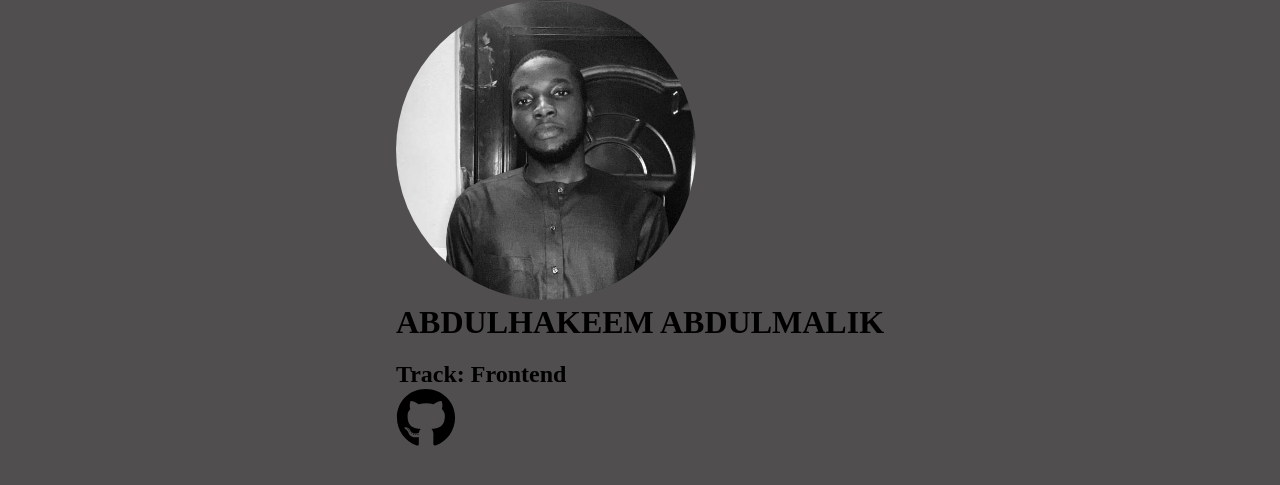
Repository: malikhakeem/HNG-TASK
Page: HNG-TASK1.html
An editor plug-in stored every save of this project. The page is shown before and after the next save, followed by the edit.
The browser window is 1280 px wide. The pictures show the whole page.

Above is the page before, as saved 2023-09-08 22:00:07.

### HNG-TASK1.html
<!DOCTYPE html>
<html lang="en">

<head>
    <meta charset="UTF-8">
    <meta name="viewport" content="width=device-width, initial-scale=1.0">

    <link rel="stylesheet" href="./HNG-TASK!.css">
    <title>HNG</title>
</head>

<body>
    <div class="body">
        <div class="nav">
            <div class="nav-left"><img data-testId="slackDisplayImage" class="profile-pic" src="./pic/kim.jpg"alt="Malik" /></div>
            <div class="nav-mid">
                <div class="slack-name">
                    <h1>ABDULHAKEEM ABDULMALIK</h1>
                </div>
                <div data-testId="myTrack"class="track">
                    <h2>Track: Frontend</h2>
                </div>
            </div>
            <div data-testId="slackUserName" class="nav-right">
                <a href="link address"><img src="./pic//github.svg" width="60" height="60"></a>
            </div>

        </div>
    </div>

</body>

</html>

### HNG-TASK!.css
*{
    padding:0px;
    margin:0px;

}

.profile-pic{
    width:300px;
    height:300px;
    border-radius: 50%;
}
.nav{
    /* display:flex;

    justify-content: space-between;
    padding: 150px 100px 0px 100px; */
}

.track{
    padding-top: 20px;
}

body{
    display:flex;
 justify-content: center;

    background-color:rgb(80, 78, 78);
}

After the next save:
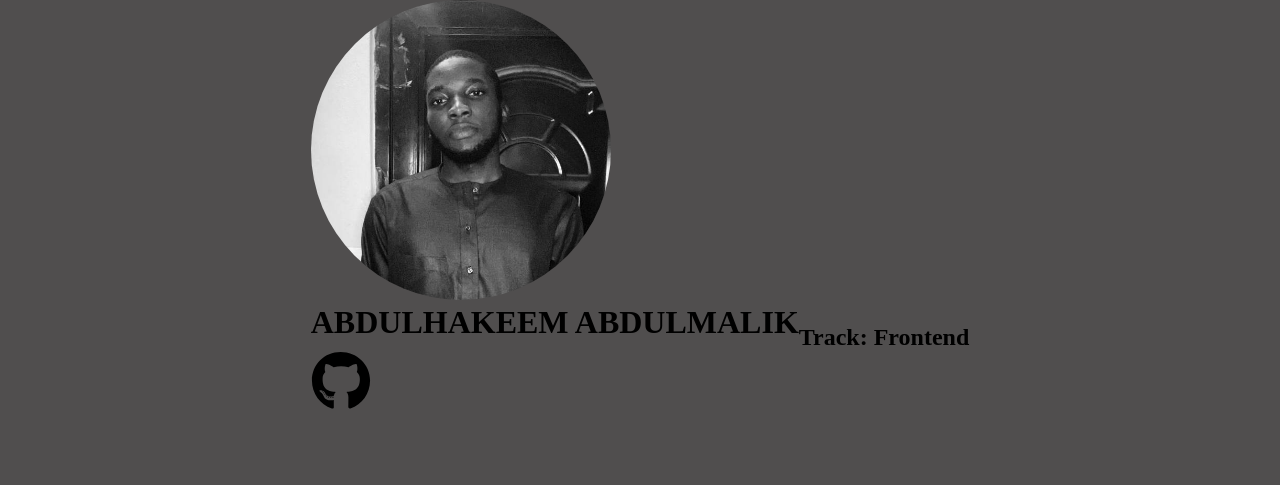
Saved 40 s later.
--- a/HNG-TASK!.css
+++ b/HNG-TASK!.css
@@ -15,6 +15,9 @@
     justify-content: space-between;
     padding: 150px 100px 0px 100px; */
 }
+.nav-mid{
+    display: flex;
+}
 
 .track{
     padding-top: 20px;

After the save that followed:
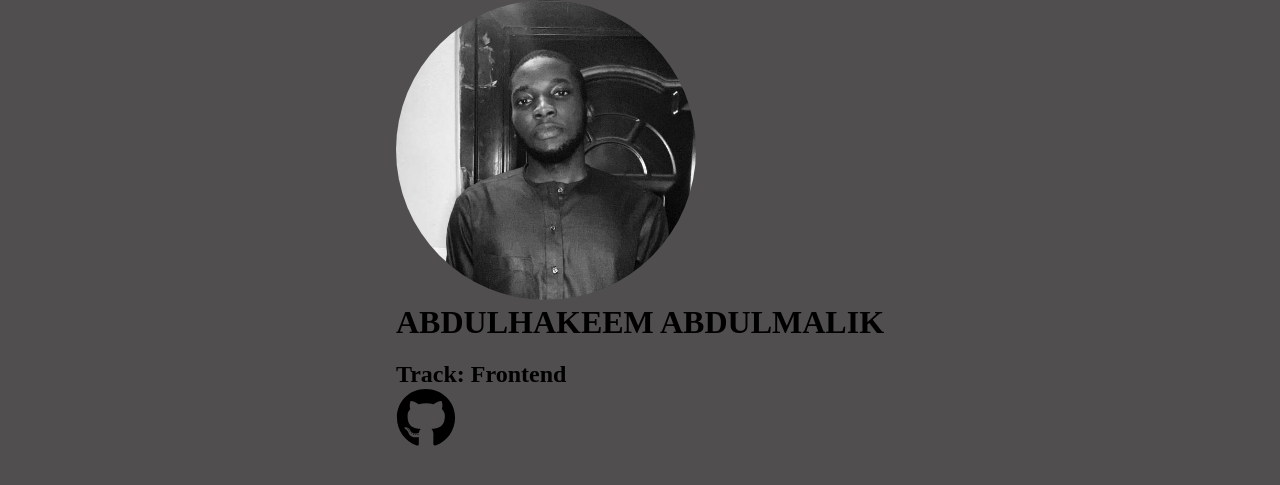
Saved 12 s later.
--- a/HNG-TASK!.css
+++ b/HNG-TASK!.css
@@ -17,6 +17,7 @@
 }
 .nav-mid{
     display: flex;
+    display: block;
 }
 
 .track{
